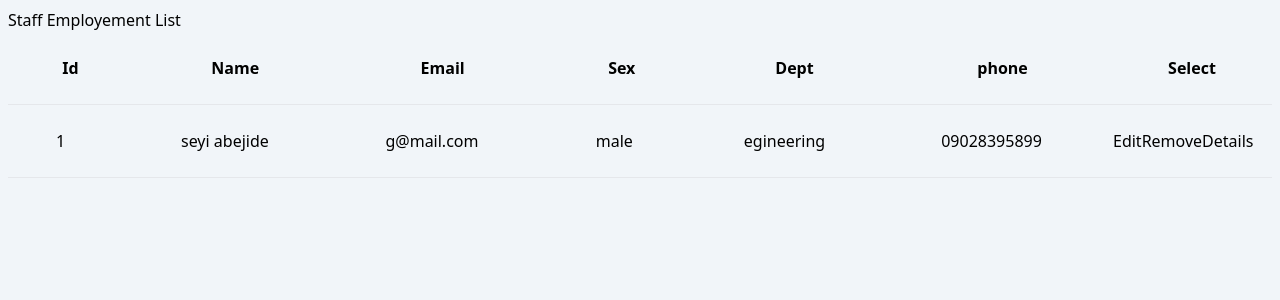
Repository: Semanmernstack/crud
Page: /
The author's editor kept a copy of each file at every save. The page is drawn from the files as they stood at one save, then again after the next save.
The browser window is 1280 px wide. The pictures show the whole page.
The project was rebuilt for these pictures with package versions that can differ from the ones it lists, and the page was loaded fresh each time. Requests to the local data server were answered from the project's data file. Also part of the build but not shown: src/Details.js, src/Create.js, src/Edit.js.

Above is the page before, as saved 2022-12-24 00:54:14.

After the next save:
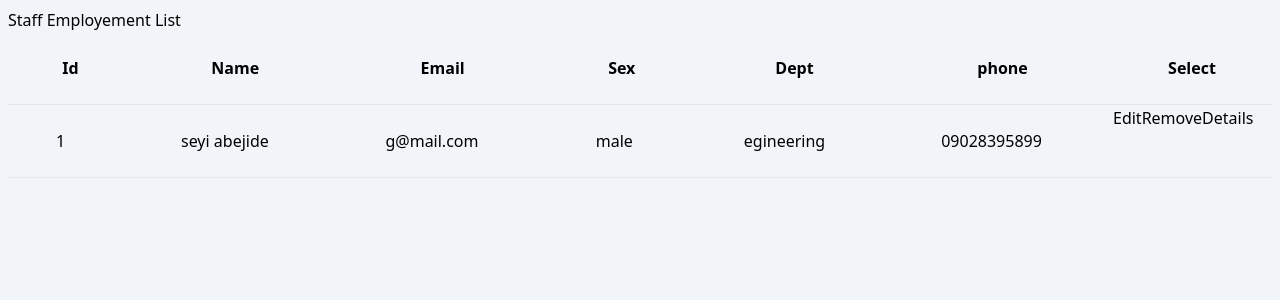
Saved 104 s later.
--- a/src/List.js
+++ b/src/List.js
@@ -45,7 +45,7 @@ function List() {
                         <td className=" lg:py-6 lg:px-12 py-3 px-6">{record.sex}</td>
                         <td className=" lg:py-6 lg:px-12 py-3 px-6">{record.dept}</td>
                         <td className=" lg:py-6 lg:px-12 py-3 px-6">{record.phone}</td>
-                        <td>
+                        <td className='flex'>
                             <a href="">Edit</a>
                             <a href="">Remove</a>
                             <a href="">Details</a>
